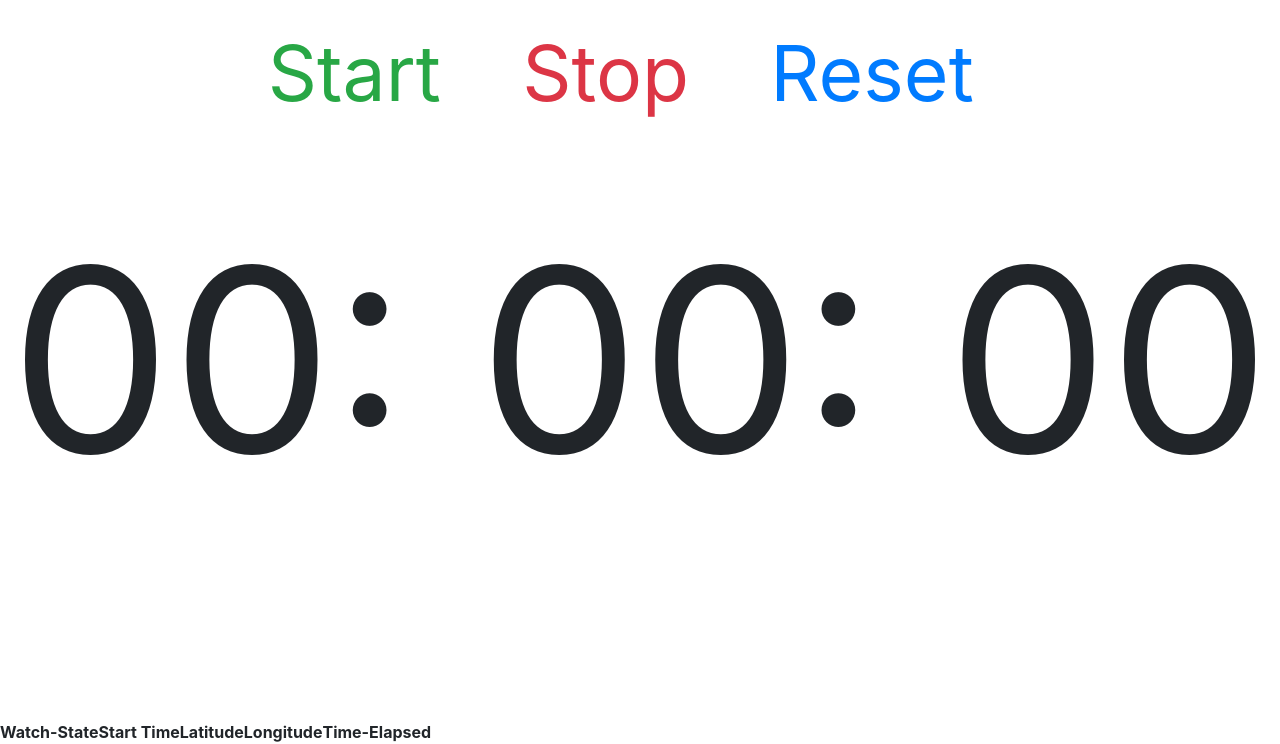
Repository: ranjith-gampa/simpleStopWatch
Page: index.html
The author's editor kept a record of every edit. The page is drawn from the files as they stood at one moment, then again after the next edit.
The browser window is 1280 px wide. The pictures show the whole page.

Above is the page before.

After the next edit:
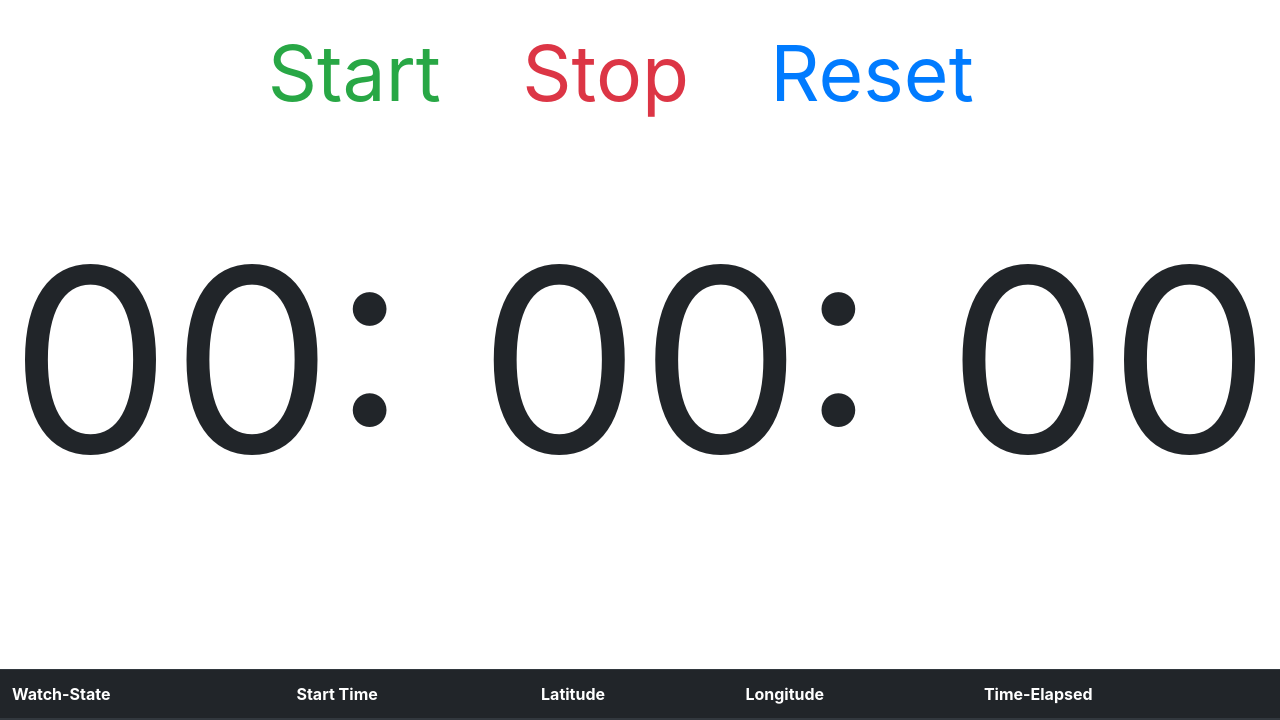
The edit:
--- a/index.html
+++ b/index.html
@@ -14,7 +14,7 @@
 			<a href="#" class="button-reset" onClick="stopwatch.clear();">Reset</a>
 	</nav>
 	<div class="stopwatch"></div>
-	<table id="myTable">
+	<table id="myTable" class = "table">
       <thead class="thead-dark">
         <th scope="col">Watch-State</th>
         <th scope="col">Start Time</th>
